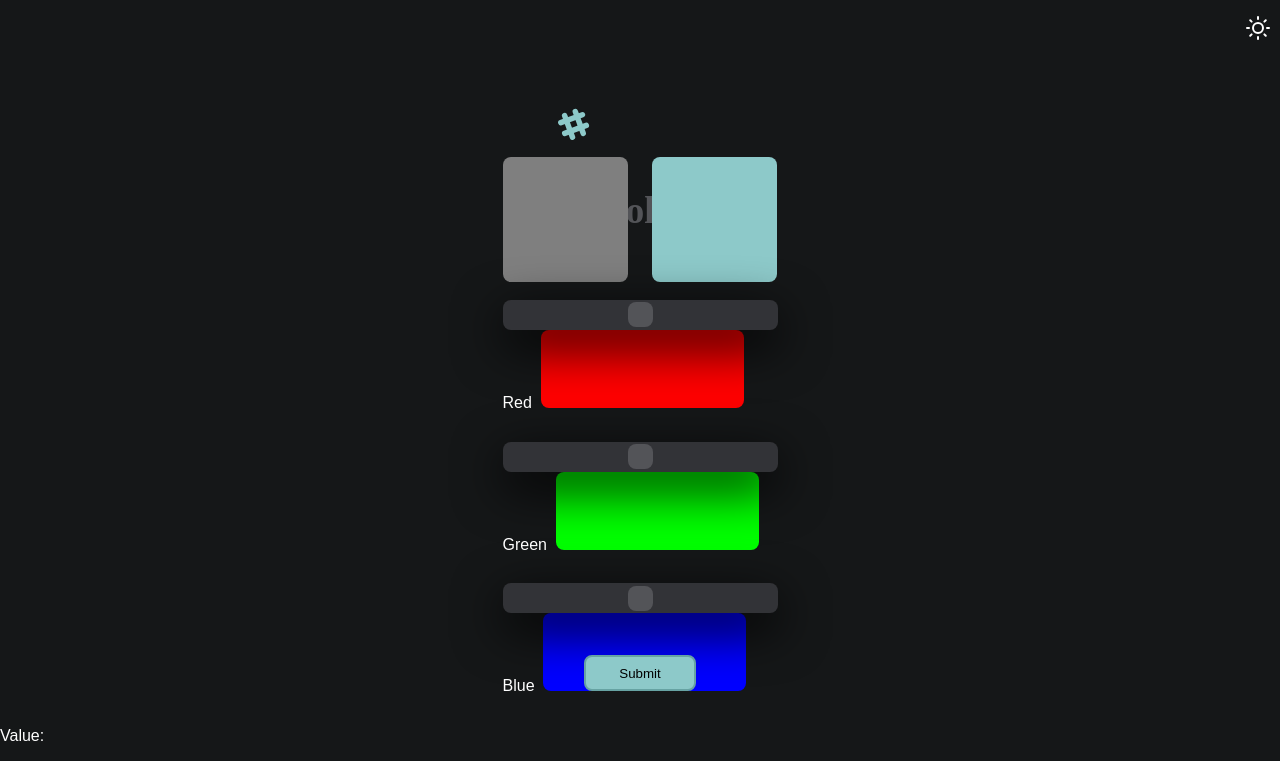
Repository: Artem-Melnik/Colorle
Page: index.html
An editor plug-in stored every save of this project. The page is shown before and after the next save, followed by the edit.
The browser window is 1280 px wide. The pictures show the whole page.

Above is the page before, as saved 2022-05-14 22:03:52.

### index.html
<!-- TODO: Change text/icon color -->
<!-- TODO: Represent guess correctness using Linear-style icons -->
<!-- TODO: Replace Colorle text logo with SVG/image due to font problems -->
<!-- TODO: Add textboxes where player can enter exact RGB values -->
<!DOCTYPE html>
<html>
  <head>
    <title>Parcel Sandbox</title>
    <link rel="stylesheet" href="styles.css">
    <meta charset="UTF-8" />
    <meta name="viewport" content="width=device-width" />
  </head>

  <script
    src="https://ajax.googleapis.com/ajax/libs/jquery/3.6.0/jquery.min.js"
    type="text/javascript"
  ></script>
  <script
    src="https://ajax.googleapis.com/ajax/libs/jqueryui/1.13.1/jquery-ui.min.js"
    type="text/javascript"
  ></script>
  <!-- Host feather icons locally and remove CDN? -->
  <script src="https://unpkg.com/feather-icons"></script>
  <script>
      feather.replace();
    </script>
  <script type="module" src="index.js" type="text/javascript"></script>

  <body>
    <div id="app"></div>
    <div class="topBar">
      <div id="header">
        <img id="logo" src="assets/logo.svg">
        <p id="title">Colorle</p>
      </div>
      <p>
        <button type="button" id="themeToggle">
          <img src="assets/sun-icon.svg">
          <!-- <i id="themeIcon" data-feather="sun"></i> -->
        </button>
      </p>
    </div>

    <div id="topColors">
      <div id="previewAll"></div>
      <div id="correctColor"></div>
    </div>
    <div id="redContainer">
      <input
        type="range"
        min="0"
        max="255"
        value="128"
        class="slider"
        id="sliderRed"
      />
      <p class="currentColor" id="currentRed">Red</p>
      <p class="rating" id="ratingRed"></p>
      <div id="previewRed"></div>
    </div>
    <div id="greenContainer">
      <input
        type="range"
        min="0"
        max="255"
        value="128"
        class="slider"
        id="sliderGreen"
      />
      <p class="currentColor" id="currentGreen">Green</p>
      <p class="rating" id="ratingGreen"></p>
      <div id="previewGreen"></div>
    </div>
    <div id="blueContainer">
      <input
        type="range"
        min="0"
        max="255"
        value="128"
        class="slider"
        id="sliderBlue"
      />
      <p class="currentColor" id="currentBlue">Blue</p>
      <p class="rating" id="ratingBlue"></p>
      <div id="previewBlue"></div>
    </div>
    <div class="guessText">
      <p>Value: <span id="guessColor"></span></p>
    </div>
    <div class="buttonContainer">
      <button type="button" id="submitButton">Submit</button>
    </div>
  </body>
</html>

### styles.css
body {
  font-family: sans-serif;
  margin: 0;
  background: #151718;
  color: #ffffff;
}

.lightTheme {
  background: #ffffff;
  color: #151718;
}

/* Changes the correctColor gradient to dark/black */
/* .correctColorDark {
  background-image: linear-gradient(
    to bottom,
    rgba(0, 0, 0, 0),
    rgba(0, 0, 0, 1) 100%
  ) !important;
} */

#header {
  display: block;
  position: relative;
  margin-left: auto;
  margin-right: auto;
  margin-bottom: 7%;
  margin-top: 2%;
  width: 165px;
  height: 42px;
  align-items: center;
}

#logo {
  position: relative;
  justify-content: center;
  align-items: center;
  margin-top: 50%;
  margin-bottom: 50%;
  margin-right: 5px;
  width: 32px;
  height: 32px;
}

#title {
  font-family: "Asap";
  font-style: normal;
  font-weight: 700;
  font-size: 37px;
  line-height: 42px;
  display: inline-block;
  /* align-items: center; */
  /* text-align: center; */
  color: #535458;
  margin: 0px;
}

#themeToggle {
  width: 25px;
  height: 25px;
  position: absolute;
  right: 15px;
  top: 15px;
  color: grey;
  background: none;
  border: none;
  transform: scale(1);
  transition: all 0.5s;
}

#themeToggle:hover {
  transform: scale(1.2);
}

#themeIcon {
  color: grey;
  width: 25px;
  height: 25px;
  transform: scale(1);
  transition: all 0.5s;
}

#themeIcon.animate {
  color: grey;
  transform: scale(0);
}

.transform-active {
  /* background-color: blue;
  animation-name: darkToLight;
  animation-duration: 1s; */
  color: #151718;
}

.transform {
  -webkit-transition: all 2s ease;
  -moz-transition: all 2s ease;
  -o-transition: all 2s ease;
  -ms-transition: all 2s ease;
  transition: all 2s ease;
}

/* @keyframes darkTolight {
  0% {
    color: #ffffff;
  }
  100% {
    color: #151718;
  }
} */

/* #previewId {
  width: 100px;
  height: 100px;
  background-color: var(color);
  border: solid black;
} */

/* correctColor gradient */
/* #correctColor {
  position: absolute;
  top: 0px;
  width: 100%;
  height: 25%;
  background-color: var(color);
  margin: auto;
  background-image: linear-gradient(
    to bottom,
    rgba(255, 255, 255, 0),
    rgba(255, 255, 255, 1) 100%
  );
  z-index: -1;
} */

#topColors {
  width: 275px;
  margin: auto;
}

#correctColor {
  display: inline-block;
  position: relative;
  width: 125px;
  height: 125px;
  border-radius: 8px;
  margin-left: 10px;
}

#previewAll {
  background-color: rgb(127, 127, 127);
  display: inline-block;
  position: relative;
  width: 125px;
  height: 125px;
  border-radius: 8px;
  order: 1;
  margin-right: 10px;
}

#redContainer,
#greenContainer,
#blueContainer {
  display: auto;
  justify-content: center;
  margin: auto;
  width: 275px;
}

#sliderRed,
#sliderGreen,
#sliderBlue {
  display: block;
  -webkit-appearance: none;
  -moz-appearance: none;
  appearance: none;
  background: #323337;
  width: 275px;
  height: 30px;
  top: 100px;
  border-radius: 8px;
  margin: auto;
  margin-top: 5%;
  filter: drop-shadow(0px 15px 25px #000000);
}

#sliderRed::-webkit-slider-thumb,
#sliderGreen::-webkit-slider-thumb,
#sliderBlue::-webkit-slider-thumb {
  -webkit-appearance: none;
  appearance: none;
  width: 25px;
  height: 25px;
  background: #535458;
  cursor: pointer;
  border-radius: 8px;
}

#currentRed,
#currentGreen,
#currentBlue,
#ratingRed,
#ratingGreen,
#ratingBlue {
  display: inline-block;
  position: relative;
}

#previewRed,
#previewGreen,
#previewBlue {
  display: inline-block;
  position: relative;
  width: 203px;
  height: 78px;
  /* background-color: var(color); */
  /* border: solid black; */
  border-radius: 8px;
  margin: auto;
  z-index: -1;
}

#previewRed {
  background-color: rgb(255, 0, 0);
}

#previewGreen {
  background-color: rgb(0, 255, 0);
}

#previewBlue {
  background-color: rgb(0, 0, 255);
}

.buttonContainer {
  display: flex;
  justify-content: center;
}

#submitButton {
  position: fixed;
  width: 112px;
  height: 36px;
  bottom: 4%;
  border: 2px solid;
  border-radius: 8px;
  transition: all 0.3s ease 0s;
}

#submitButton:hover {
  position: fixed;
  width: 112px;
  height: 36px;
  bottom: 4%;
  border: 2px solid;
  border-radius: 8px;
  filter: drop-shadow(0px 10px 15px #8dc9c980);
  transform: translateY(-5px);
}

#submitButton:active {
  position: fixed;
  width: 112px;
  height: 36px;
  bottom: 4%;
  border: 2px solid;
  border-radius: 8px;
  filter: drop-shadow(0px 10px 15px #8dc9c980);
  transform: translateY(-1px);
}

### index.js
// document.getElementById("sliderRange").innerHTML = `
// <div class="slidercontainer"></div>
// `;
// var root = document.querySelector(":root");
// var slider = document.getElementById("sliderRange");
// // Change "demo" to something else?
// var sliderRange = document.getElementById("demo");
// sliderRange.innerHTML = slider.value;
let correctRed = 141;
let correctGreen = 201;
let correctBlue = 201;

let red;
let green;
let blue;
// TODO: Split correctRGB into 3 seperate colors
let correctRgb =
  "rgb(" + correctRed + ", " + correctGreen + ", " + correctBlue + ")";

function changeColor() {
  red = document.getElementById("sliderRed").value;
  green = document.getElementById("sliderGreen").value;
  blue = document.getElementById("sliderBlue").value;

  document.getElementById("previewRed").style.backgroundColor =
    "rgb(" + red + ", 0, 0)";
  document.getElementById("previewGreen").style.backgroundColor =
    "rgb(0," + green + ", 0)";
  document.getElementById("previewBlue").style.backgroundColor =
    "rgb(0, 0," + blue + ")";

  document.getElementById("currentRed").textContent = red;
  document.getElementById("currentGreen").textContent = green;
  document.getElementById("currentBlue").textContent = blue;
}

// Shows guess color when submit button is clicked
// Also checks how close the guess is to the correct color
function onSubmit() {
  document.getElementById("previewAll").style.backgroundColor =
    "rgb(" + red + ", " + green + ", " + blue + ")";
  document.getElementById("guessColor").textContent =
    "rgb(" + red + ", " + green + ", " + blue + ")";

  // TODO: Optimize code for red, green, and blue checks
  // Check if red guess is correct
if (red == correctRed) {
  document.getElementById('ratingRed').innerText = "SS";
} else if ((red > correctRed - 6) && (red < correctRed + 6)) {
  document.getElementById('ratingRed').innerText = "S";
} else if ((red > correctRed - 12) && (red < correctRed + 12)) {
  document.getElementById('ratingRed').innerText = "A";
} else if ((red > correctRed - 24) && (red < correctRed + 24)) {
  document.getElementById('ratingRed').innerText = "B";
} else if ((red > correctRed - 48) && (red < correctRed + 48)) {
  document.getElementById('ratingRed').innerText = "C";
} else {
  document.getElementById('ratingRed').innerText = "D";
}

  // Does same thing as red check but for green
if (green == correctGreen) {
  document.getElementById('ratingGreen').innerText = "SS";
} else if ((green > correctGreen - 6) && (green < correctGreen + 6)) {
  document.getElementById('ratingGreen').innerText = "S";
} else if ((green > correctGreen - 12) && (green < correctGreen + 12)) {
  document.getElementById('ratingGreen').innerText = "A";
} else if ((green > correctGreen - 24) && (green < correctGreen + 24)) {
  document.getElementById('ratingGreen').innerText = "B";
} else if ((green > correctGreen - 48) && (green < correctGreen + 48)) {
  document.getElementById('ratingGreen').innerText = "C";
} else {
  document.getElementById('ratingGreen').innerText = "D";
}

  // Does same thing as red check but for blue
if (blue == correctBlue) {
  document.getElementById('ratingBlue').innerText = "SS";
} else if ((blue > correctBlue - 6) && (blue < correctBlue + 6)) {
  document.getElementById('ratingBlue').innerText = "S";
} else if ((blue > correctBlue - 12) && (blue < correctBlue + 12)) {
  document.getElementById('ratingBlue').innerText = "A";
} else if ((blue > correctBlue - 24) && (blue < correctBlue + 24)) {
  document.getElementById('ratingBlue').innerText = "B";
} else if ((blue > correctBlue - 48) && (blue < correctBlue + 48)) {
  document.getElementById('ratingBlue').innerText = "C";
} else {
  document.getElementById('ratingBlue').innerText = "D";
}

  // if ("rgb(" + red + "," + green + "," + blue + ")" === "rgb(141,201,201)") {
  //   alert("Correct!");
  // }
}

$("#themeToggle").click(function () {
  $("#themeIcon").toggleClass("animate");
});

function themeSwitch() {
  document.body.classList.toggle("lightTheme");
  document.getElementById("correctColor").classList.toggle("correctColorDark");
}

document.getElementById("correctColor").style.backgroundColor = correctRgb;
document.getElementById("submitButton").style.backgroundColor = correctRgb;
document.getElementById("submitButton").style.borderColor =
  "rgb(" +
  (correctRed - 38) +
  ", " +
  (correctGreen - 38) +
  ", " +
  (correctBlue - 38) +
  ")";

document.getElementById("sliderRed").addEventListener("input", changeColor);
document.getElementById("sliderGreen").addEventListener("input", changeColor);
document.getElementById("sliderBlue").addEventListener("input", changeColor);
document.getElementById("submitButton").addEventListener("click", onSubmit);
document.getElementById("themeToggle").addEventListener("click", themeSwitch);

// Plugs in sliderRange for green in RGB
// Outputs the value of the slider
// slider.oninput = function () {
//   sliderRange.innerHTML = this.value;
//   root.style.setProperty("--green", sliderRange);
//   alert(sliderRange);
// };

After the next save:
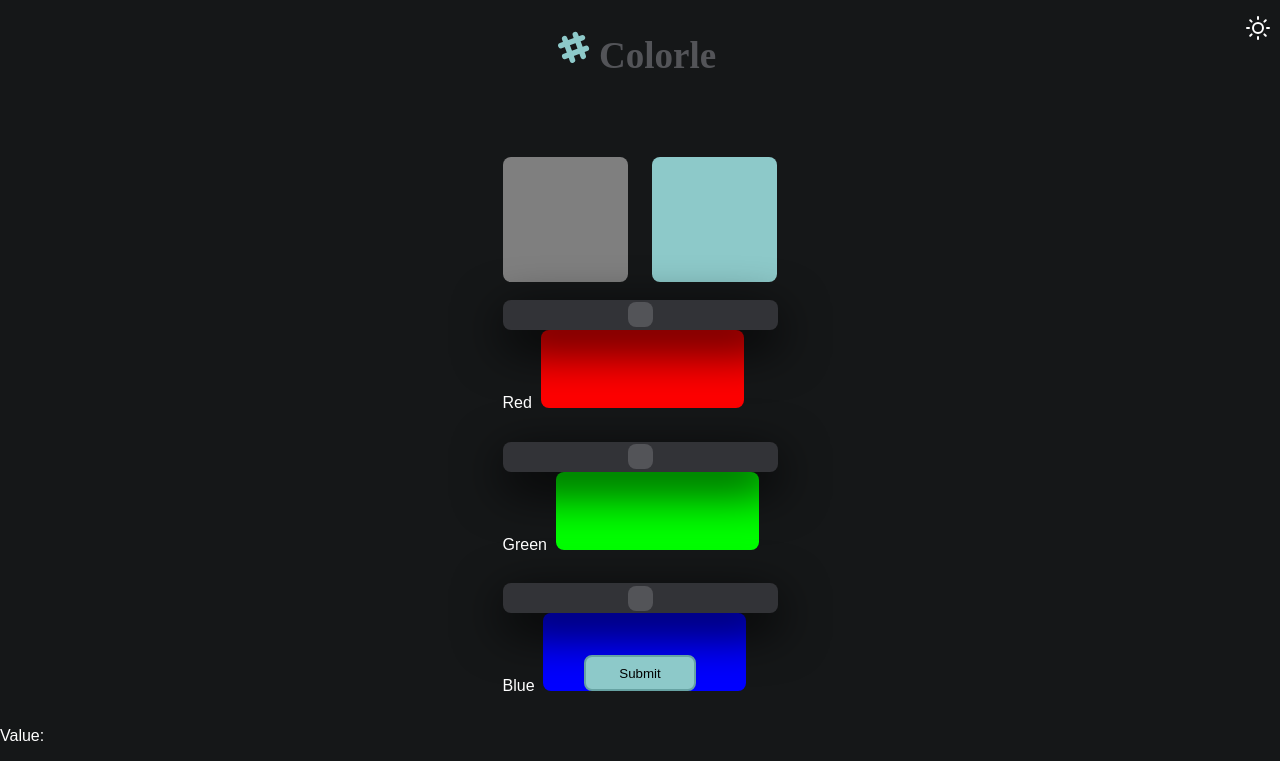
Saved 20 s later.
--- a/styles.css
+++ b/styles.css
@@ -35,8 +35,8 @@ body {
   position: relative;
   justify-content: center;
   align-items: center;
-  margin-top: 50%;
-  margin-bottom: 50%;
+  margin-top: 5px;
+  margin-bottom: 5px;
   margin-right: 5px;
   width: 32px;
   height: 32px;
